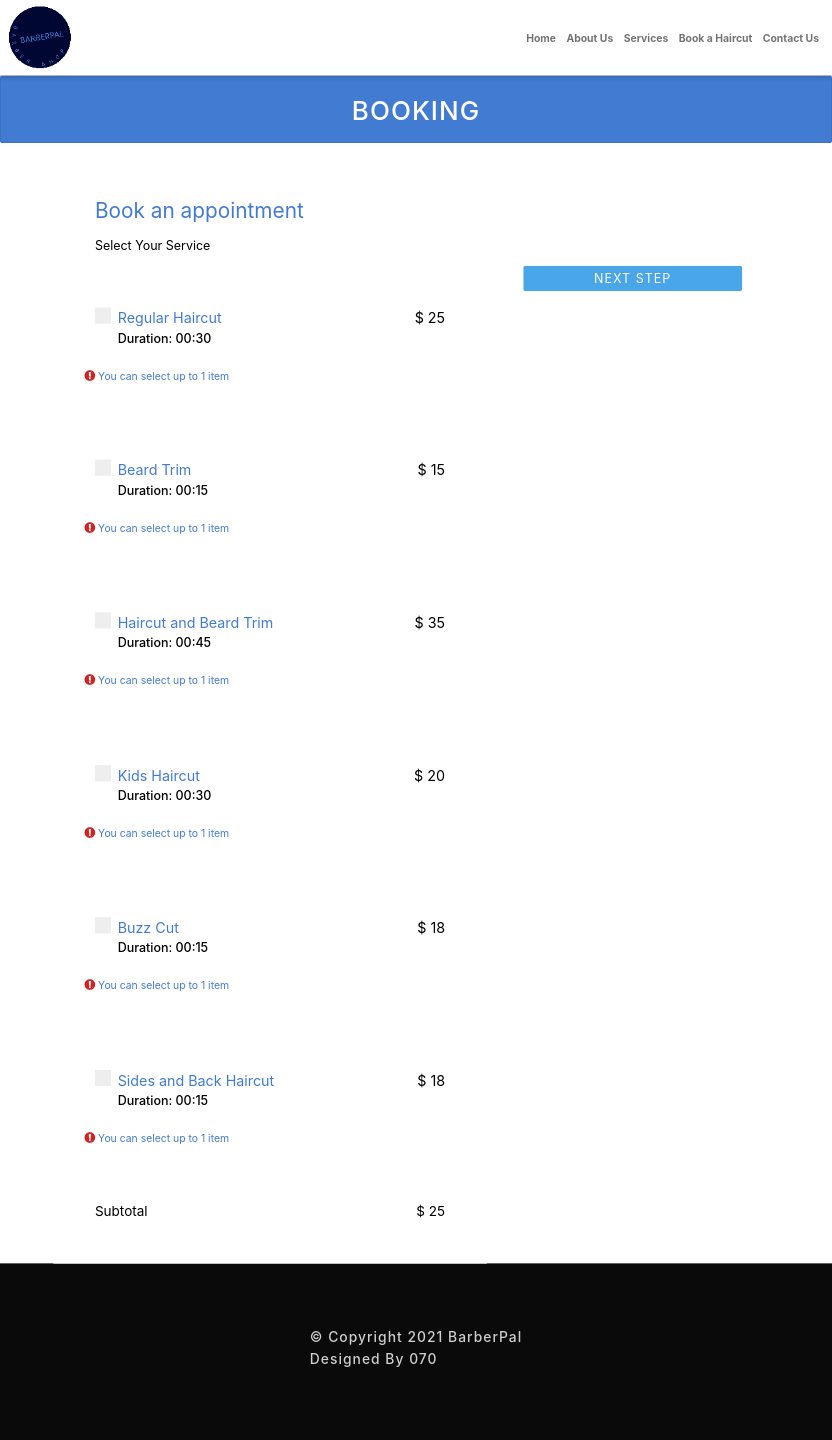
Repository: ofovweewere/haircutPal
Page: /services
These files come from the project's save history. The page is drawn as it stood at one moment and after the next save; the edit follows.
The browser window is 1280 px wide. The pictures show the whole page, at 65% of full size.
The project was rebuilt for these pictures with package versions that can differ from the ones it lists, and the page was loaded fresh each time. Also part of the build but not shown: src/tutorial/0-Practice/bookCut.js, src/tutorial/0-Practice/about.js, src/tutorial/0-Practice/servicesAndProducts.js, src/tutorial/0-Practice/contact.js, src/tutorial/0-Practice/landing.js, src/tutorial/0-Practice/checkboxOptionTwo.js, src/tutorial/0-Practice/error.js.

Above is the page before, as saved 2022-06-25 14:39:48.

### public/index.html
<!DOCTYPE html>
<html lang="en">
  <head>
    <meta charset="utf-8" />
    <link rel="icon" href="%PUBLIC_URL%/favicon.ico" />
    <meta name="viewport" content="width=device-width, initial-scale=1" />
    <meta name="theme-color" content="#000000" />
    <meta
      name="description"
      content="Web site created using create-react-app"
    />
    <link rel="apple-touch-icon" href="%PUBLIC_URL%/logo192.png" />
    <!--
      manifest.json provides metadata used when your web app is installed on a
      user's mobile device or desktop. See https://developers.google.com/web/fundamentals/web-app-manifest/
    -->
    <link rel="manifest" href="%PUBLIC_URL%/manifest.json" />
    <!--
      Notice the use of %PUBLIC_URL% in the tags above.
      It will be replaced with the URL of the `public` folder during the build.
      Only files inside the `public` folder can be referenced from the HTML.

      Unlike "/favicon.ico" or "favicon.ico", "%PUBLIC_URL%/favicon.ico" will
      work correctly both with client-side routing and a non-root public URL.
      Learn how to configure a non-root public URL by running `npm run build`.
    -->
    <title>React App</title>
  </head>
  <body class="Site">
    <noscript>You need to enable JavaScript to run this app.</noscript>
    <div id="root"></div>
    <!--
      This HTML file is a template.
      If you open it directly in the browser, you will see an empty page.

      You can add webfonts, meta tags, or analytics to this file.
      The build step will place the bundled scripts into the <body> tag.

      To begin the development, run `npm start` or `yarn start`.
      To create a production bundle, use `npm run build` or `yarn build`.
    -->
  </body>
</html>

### src/index.js
import React from 'react';
import ReactDOM from 'react-dom';

import App from './App';
// import '../node_modules/jquery/dist/jquery.min.js';
import '../node_modules/bootstrap/dist/css/bootstrap.min.css';
import '../node_modules/bootstrap/dist/js/bootstrap.min.js';
import '../node_modules/font-awesome/css/font-awesome.min.css';

import './index.css';
ReactDOM.render(
  <React.StrictMode>
    <App />
  </React.StrictMode>,
  document.getElementById('root')
);

### src/App.js
import React from 'react';
import Setup from './tutorial/0-Practice/index.js';
// import Setup from './tutorial/2-useEffect/final/3-useEffect-fetch-data.js';
function App() {
  return (
    <div >
      <Setup />
    </div>
  );
  }

export default App;

### src/index.css
/*
===============
Variables
===============
*/

:root {
  /* dark shades of primary color*/
  --clr-primary-1: hsl(205, 86%, 17%);
  --clr-primary-2: hsl(205, 77%, 27%);
  --clr-primary-3: hsl(205, 72%, 37%);
  --clr-primary-4: hsl(205, 63%, 48%);
  /* primary/main color */
  --clr-primary-5: hsl(205, 78%, 60%);
  /* lighter shades of primary color */
  --clr-primary-6: hsl(205, 89%, 70%);
  --clr-primary-7: hsl(205, 90%, 76%);
  --clr-primary-8: hsl(205, 86%, 81%);
  --clr-primary-9: hsl(205, 90%, 88%);
  --clr-primary-10: hsl(205, 100%, 96%);
  /* darkest grey - used for headings */
  --clr-grey-1: hsl(209, 61%, 16%);
  --clr-grey-2: hsl(211, 39%, 23%);
  --clr-grey-3: hsl(209, 34%, 30%);
  --clr-grey-4: hsl(209, 28%, 39%);
  /* grey used for paragraphs */
  --clr-grey-5: hsl(210, 22%, 49%);
  --clr-grey-6: hsl(209, 23%, 60%);
  --clr-grey-7: hsl(211, 27%, 70%);
  --clr-grey-8: hsl(210, 31%, 80%);
  --clr-grey-9: hsl(212, 33%, 89%);
  --clr-grey-10: hsl(210, 36%, 96%);
  --clr-white: #fff;
  --clr-red-dark: hsl(360, 67%, 44%);
  --clr-red-light: hsl(360, 71%, 66%);
  --clr-green-dark: hsl(125, 67%, 44%);
  --clr-green-light: hsl(125, 71%, 66%);
  --clr-black: #222;
  --transition: all 0.3s linear;
  --spacing: 0.1rem;
  --radius: 0.25rem;
  --light-shadow: 0 5px 15px rgba(0, 0, 0, 0.1);
  --dark-shadow: 0 5px 15px rgba(0, 0, 0, 0.4);
  --max-width: 1170px;
  --fixed-width: 450px;
  --clr-orange-1: hsl(12, 83%, 98%);
  --clr-orange-2: hsl(14, 91%, 95%);
  --clr-orange-3: hsl(12, 89%, 89%);
  --clr-orange-4: hsl(13, 87%, 82%);
  --clr-orange-5: hsl(13, 88%, 68%);
  --clr-orange-6: hsl(13, 88%, 55%);
  --clr-orange-7: hsl(13, 74%, 49%);
  --clr-orange-8: hsl(13, 74%, 33%);
  --clr-orange-9: hsl(13, 73%, 25%);
  --clr-orange-10: hsl(13, 73%, 16%);
}
/*
===============
Global Styles
===============
*/

*,
::after,
::before {
  margin: 0;
  padding: 0;
  box-sizing: border-box;
}
body {
  font-family: -apple-system, BlinkMacSystemFont, 'Segoe UI', Roboto, Oxygen,
    Ubuntu, Cantarell, 'Open Sans', 'Helvetica Neue', sans-serif;
  background: var(--clr-grey-10);
  color: var(--clr-grey-1);
  line-height: 1.5;
  font-size: 0.875rem;
}
.Site {
  display: flex;
  min-height: 100vh;
  flex-direction: column;
}
.Site-content {
  flex: 1;
}
.bold
{
  font-weight:bold;
}

.nav-link {
color:#427bd2 ;
font-weight: bold;
}
.breakSection
{
  color:#427bd2 ;
font-weight: normal;
width: 100%;
min-height:6.5rem;
background:#0a0a0a;
}


ul {
  list-style-type: none;
}
a {
  text-decoration: none;
}
h1,
h2,
h3,
h4,
.under,
.titleDescription {
  letter-spacing: var(--spacing);
  text-transform: capitalize;
  line-height: 1.25;
  margin-bottom: 0.75rem;
}
h1 {
  font-size: 3rem;
}
h2,.titleDescription {
  font-size: 2rem;
}

.under
{
  margin-top:2rem;
}
.under, .title, .contact {
  font-size: 1.5rem;
}

 .smallText {
    font-size: 1rem;
  }

  .smallTextTwo {
    font-size: 1.1rem;
  }

h3 {
  font-size: 1.25rem;
},
.h3 {
    font-size: 1.0rem;
  },
h4 {
  font-size: 0.875rem;
}
p {
  margin-bottom: 1.25rem;
  color: var(--clr-grey-5);
}



  /* @media screen and (max-width: 767px) {
    #navbarSupportedContent
        {
            position: fixed !important;
            right: 5rem;
            left: 5rem;
            top:7.3rem;
            background-color: #fff !important;
            border-color: #427bd2 transparent transparent transparent;
            border-style:solid;
        }



  }       */

/* The containers */
.containers {
  display: block;
  position: relative;
  padding-left: 2.188rem;
  margin-bottom: 0.75rem;
  cursor: pointer;
  font-size: 1.375rem;
  -webkit-user-select: none;
  -moz-user-select: none;
  -ms-user-select: none;
  user-select: none;
}

/* Hide the browser's default checkbox */
.containers input {
  position: absolute;
  opacity: 0;
  cursor: pointer;
  height: 0;
  width: 0;
}

/* Create a custom checkbox */
.checkmark {
  position: absolute;
  top: 0;
  left: 0;
  height: 1.563rem;
  width: 1.563rem;
  background-color: #eee;
}

/* On mouse-over, add a grey background color */
.containers:hover input ~ .checkmark {
   /* background-color: #ccc; */
}

/* When the checkbox is checked, add a blue background */
.containers input:checked ~ .checkmark {
   background-color: #2196F3;
}

/* Create the checkmark/indicator (hidden when not checked) */
.checkmark:after {
  content: "";
  position: absolute;
  display: none;
  box-sizing: content-box !important;
}

/* Show the checkmark when checked */
.containers input:checked ~ .checkmark:after {
  display: block;
  box-sizing: content-box !important;
}

/* Style the checkmark/indicator */
.containers .checkmark:after {
  left: 0.563rem;
  top:0.313rem;
  width:0.313rem;
  height: 0.625rem;
  border: solid white;
  border-width: 0 0.188rem 0.188rem 0;
  -webkit-transform: rotate(45deg);
  -ms-transform: rotate(45deg);
  transform: rotate(45deg);
  box-sizing: content-box !important;
}

.hovering div:hover
{
  background:#f3f8fc;
}

.secondItem
{
  color:#427bd2;
  font-size:1rem;
  font-weight:normal;
}

.exclamation
{
  font-size:1.2rem;
  color:#d22221;
}

/**************************/

/* The containersTwo */
.containersTwo {
  display: block;
  position: relative;
  padding-left: 2.188rem;
  margin-bottom: 0.75rem;
  cursor: pointer;
  font-size: 1.375rem;
  -webkit-user-select: none;
  -moz-user-select: none;
  -ms-user-select: none;
  user-select: none;
}

/* Hide the browser's default checkbox */
.containersTwo input {
  position: absolute;
  opacity: 0;
  cursor: pointer;
  height: 0;
  width: 0;
}

/* Create a custom checkbox */
.checkmarks {
  position: absolute;
  top: 0;
  right: 0;
  height: 1.563rem;
  width: 1.563rem;
  background-color: #eee;
}

/* On mouse-over, add a grey background color */
.containersTwo:hover input ~ .checkmarks {
   /* background-color: #ccc; */
}

/* When the checkbox is checked, add a blue background */
.containersTwo input:checked ~ .checkmarks {
   background-color: #2196F3;
}

/* Create the checkmarks/indicator (hidden when not checked) */
.checkmarks:after {
  content: "";
  position: absolute;
  display: none;
  box-sizing: content-box !important;
}

/* Show the checkmarks when checked */
.containersTwo input:checked ~ .checkmarks:after {
  display: block;
  box-sizing: content-box !important;
}

/* Style the checkmarks/indicator */
.containersTwo .checkmarks:after {
  left: 0.563rem;
  top:0.313rem;
  width:0.313rem;
  height: 0.625rem;
  border: solid white;
  border-width: 0 0.188rem 0.188rem 0;
  -webkit-transform: rotate(45deg);
  -ms-transform: rotate(45deg);
  transform: rotate(45deg);
  box-sizing: content-box !important;
}/* The containersTwo */
.containersTwo {
  display: block;
  position: relative;
  padding-left: 2.188rem;
  margin-bottom: 0.75rem;
  cursor: pointer;
  font-size: 1.375rem;
  -webkit-user-select: none;
  -moz-user-select: none;
  -ms-user-select: none;
  user-select: none;
}

/* Hide the browser's default checkbox */
.containersTwo input {
  position: absolute;
  opacity: 0;
  cursor: pointer;
  height: 0;
  width: 0;
}

/* Create a custom checkbox */
.checkmarks {
  position: absolute;
  top: 0;
  right: 0;
  height: 1.563rem;
  width: 1.563rem;
  background-color: #eee;
}

/* On mouse-over, add a grey background color */
.containersTwo:hover input ~ .checkmarks {
   /* background-color: #ccc; */
}

/* When the checkbox is checked, add a blue background */
.containersTwo input:checked ~ .checkmarks {
   background-color: #2196F3;
}

/* Create the checkmarks/indicator (hidden when not checked) */
.checkmarks:after {
  content: "";
  position: absolute;
  display: none;
  box-sizing: content-box !important;
}

/* Show the checkmarks when checked */
.containersTwo input:checked ~ .checkmarks:after {
  display: block;
  box-sizing: content-box !important;
}

/* Style the checkmarks/indicator */
.containersTwo .checkmarks:after {
  left: 0.563rem;
  top:0.313rem;
  width:0.313rem;
  height: 0.625rem;
  border: solid white;
  border-width: 0 0.188rem 0.188rem 0;
  -webkit-transform: rotate(45deg);
  -ms-transform: rotate(45deg);
  transform: rotate(45deg);
  box-sizing: content-box !important;
}
@media screen and (min-width: 800px) {
  .about{
    display:flex;
  }
  .haircuts, .haircutsCombo
{
  display:grid;
}
  h1 {
    font-size: 4rem;
  }
  h2,.titleDescription {
    font-size: 2.5rem;
  }

   .under,.title, .contact {
    font-size: 2rem;
  }

   .smallText {
    font-size: 1.2rem;
  }

   .smallTextTwo {
    font-size: 1.3rem;
  }

  h3 {
    font-size: 1.33rem;
  },
  .h3 {
    font-size: 1.0rem;
  },
  h4 {
    font-size: 1rem;
  }
  body {
    font-size: 1rem;
  }
  h1,
  h2,
  h3,
  h4,
  .under,.title, .titleDescription{
    line-height: 1;
  }
}
/*  global classes */

/* section */
.section,
/* .container {
  width: 90vw;
  margin: 0 auto;
  max-width: var(--max-width);
} */

@media screen and (min-width: 992px) {
  .about{
    display:flex;
  }
  .haircuts,.haircutsCombo
{
  display:grid;
}
  .section {
    width: 95vw;
  }
}

/* .container {
  text-align: center;
  margin-top: 0;
} */
.btn {
  display: inline-block;
  background: var(--clr-primary-5);
  color: var(--clr-white);
  padding: 0.25rem 0.75rem;
  border-radius: var(--radius);
  border-color: transparent;
  text-transform: capitalize;
  font-size: 1rem;
  letter-spacing: var(--spacing);
  margin-top: 2rem;
  margin-left: 0.5rem;
  margin-right: 0.5rem;
  cursor: pointer;
  transition: var(--transition);
}
.btn:hover {
  background: var(--clr-primary-1);
  color: var(--clr-primary-5);
}
.item {
  background: var(--clr-white);
  display: flex;
  justify-content: space-between;
  max-width: var(--fixed-width);
  margin: 2rem auto;
  align-items: center;
  border-radius: var(--radius);
}
.item button,
.item a {
  background: transparent;
  border-color: transparent;
  color: var(--clr-primary-5);
  letter-spacing: var(--spacing);
  cursor: pointer;
}
.item {
  padding: 1rem 2rem;
}
.item h4 {
  margin-bottom: 0;
}
.item p {
  margin-bottom: 0;
}
.modal {
  position: absolute;
  top: 2rem;
  left: 50%;
  transform: translateX(-50%);
  background: var(--clr-white);
  display: inline-block;
  padding: 0.25rem 1rem;
  border-radius: var(--radius);
  text-transform: capitalize;
}

.modal p {
  margin-bottom: 0;
  color: var(--clr-red-dark);
}
.form {
  background: var(--clr-white);
  max-width: var(--fixed-width);
  margin: 0 auto;
  margin-bottom: 4rem;
  padding: 1rem 2rem;
  border-radius: var(--radius);
}
.form input {
  background: var(--clr-grey-10);
  border-color: transparent;
  border-radius: var(--radius);
  padding: 0.25rem 0.5rem;
}
.form-control {
  margin: 0.5rem 0;
  display: grid;
  grid-template-columns: 100px 1fr;
  align-items: center;
}
.form button {
  display: inline-block;
  background: var(--clr-black);
  color: var(--clr-white);
  border-color: transparent;
  margin-top: 1rem;
  letter-spacing: var(--spacing);
  padding: 0.15rem 0.25rem;
  text-transform: capitalize;
  border-radius: var(--radius);
  cursor: pointer;
}
.nav-links {
  max-width: var(--fixed-width);
  margin: 0 auto;
  margin-bottom: 4rem;
  display: grid;
  grid-template-columns: repeat(3, 1fr);
}




.haircutsCombo {



  grid-template-columns: repeat(2, minmax(0, 1fr));
   gap: 2rem;
  margin: 1rem 1rem 1rem 2rem;
}

.haircutsCombo > p {
  border: 5px solid #427bd2;
  overflow-wrap: break-word;
}

.haircuts {



  grid-template-columns: repeat(3, minmax(0, 1fr));
   gap: 2rem;
  margin: 1rem 1rem 1rem 2rem;
}

.haircuts > p {
  border: 5px solid #427bd2;
  overflow-wrap: break-word;
}

.title
{
  font-weight: normal;
  color: #fff;
  background:#427bd2;
  padding: 1rem;
  text-align: center;
}

.contact > div
{
  font-weight: normal;


  padding: 2rem;

}


td
{
  vertical-align:top;

}
.table
{
  color: white;
}
table {
  border-collapse: separate;
  border-spacing: 1rem 1rem ;
}
.titleDescription
{
  display: flex;
  align-items: center;
  justify-content: center;
  color:#333;
  padding:2rem;
font-weight: bold;


}

.nav-links a {
  color: var(--clr-grey-5);
}
.users {
  display: grid;
  grid-template-columns: repeat(auto-fit, minmax(300px, 1fr));
  gap: 2rem;
  margin: 3rem auto;
}
.users li {
  width: 100%;
  display: flex;
  align-items: center;
  background: var(--clr-white);
  padding: 1rem 2rem;
  border-radius: var(--radius);
  text-align: left;
}
.users img {
  width: 50px;
  height: 50px;
  border-radius: 50%;
  margin-right: 1rem;
}
.users h4 {
  margin-bottom: 0.15rem;
}
.users a {
  color: var(--clr-grey-5);
  text-transform: capitalize;
}

.products {
  margin: 4rem 0;
  display: grid;
  gap: 2rem;
}
@media screen and (min-width: 576px) {
  .products {
    grid-template-columns: repeat(auto-fit, minmax(300px, 1fr));
  }
}
.product {
  background: var(--clr-white);
  border-radius: var(--radius);
}
.product img {
  border-top-left-radius: var(--radius);
  border-top-right-radius: var(--radius);

  width: 100%;
  height: 15rem;
  object-fit: cover;
}
.product h4 {
  margin-top: 1rem;
}

.product button {
  margin-bottom: 1rem;
  background: var(--clr-primary-5);
  border-radius: var(--radius);
  border-color: transparent;
  color: var(--clr-white);
  padding: 0.25rem 0.5rem;
  text-transform: capitalize;
  cursor: pointer;
}

### src/tutorial/0-Practice/footer.js
import React, { useState, useEffect } from 'react';
import companyLogo from '../../assets/logo.png';

const Footer = () => {

  return (
    <>
      <nav  style={{ backgroundColor: '#0a0a0a', display: 'flex',minHeight: '17rem',justifyContent: 'center', alignItems:'end' }}>
        <div class="container-fluid" style={{ color: '#cecece', alignSelf:'center', width:'auto'  }}>
          <h3 >&copy; Copyright 2021 BarberPal </h3>

          <div>
            <h3  > Designed by 070</h3>
          </div>
        </div>
      </nav>
    </>
  );
};

export default Footer;

### src/tutorial/0-Practice/breakSection.js
import React, { useState, useEffect } from 'react';

const BreakSection = ({ title, ID, background, color }) => {
  const [elementClass, setClass] = useState(
    window.innerWidth < 992
      ? '0px'
      : '100px'
  );
  const checkSize = () => {
    if (window.innerWidth < 992) {
      setClass('0px');
    } else {
      setClass('100px');
    }
  };
  useEffect(() => {

    window.addEventListener('resize', checkSize);
    return () => {
      window.removeEventListener('resize', checkSize);
    };
  }, []);
  return (
    <>
      <div className="card breakSection" id={ID} style={{ scrollMarginTop: elementClass, background:background, color:color }}>
        <div
          class="card-body"
          style={{ display: 'flex', alignItems: 'end', justifyContent: 'center' }}
        >
          <h2>{title}</h2>
        </div>
      </div>
    </>
  );
};

export default BreakSection;

### src/tutorial/0-Practice/checkboxOption.js
import React, { useState, useContext}  from 'react';
import {BookingsContext} from './index.js';
const CheckboxOption = ({title, description, cost, idd}) => {
  let {bookings,checked, itemSelection} = useContext(BookingsContext);
  let [displayVal, setDisplayVal] = useState('hidden');
  return (
    <>
      <div
        className="card hovering"
        style={{
          color: 'var(--clr-white)',
          width: '100%',
          minHeight: '10rem',
          background: 'var(--clr-primary-5)',
          border: 'transparent',
        }}
      >
        <div
          class="card-body contact "
          style={{
            display: 'flex',
            alignItems: 'left',
            justifyContent: 'left',
            flexGrow: '1',
            flexDirection: 'column',
            background: '#fff',
            paddingTop: '0',
            paddingBottom: '0',
          }}
        >
          <div className="whiteParagraph">
            <table className="whiteParagraphTab" style={{ width: '100%' }}>
              <thead>
                <tr>
                  <th></th>
                </tr>
              </thead>
              <tbody>
                <tr style={{ color: '#427bd2', fontWeight: 'normal' }}>
                  <td>
                    <label class="containers">
                      <table style={{ borderCollapse: 'collapse', width: '100%' }}>
                        <thead>
                          <tr>
                            <th></th>
                          </tr>
                        </thead>
                        <tbody>
                          <tr>
                            <td>
                              <span style={{ display: 'flex' }}>
                                <span style={{ flexGrow: '1' }}>{title}</span>
                                <span style={{ color: 'black' }}>$ {cost}</span>
                              </span>
                            </td>
                          </tr>
                          <tr class="smallText" style={{ color: 'black', fontWeight: '500' }}>
                            <td>Duration: {description}</td>
                          </tr>

                        </tbody>
                      </table>
                      <input
                        type="checkbox"
                        onChange={() => itemSelection(idd)}
                        disabled={bookings[idd]}
                        checked={checked[idd]}
                      />
                      <span class="checkmark"></span>
                    </label>
                  </td>
                </tr>

                {/* <tr class="smallText" style={{ color: 'black', fontWeight: 'normal' }}>
                  <td>Duration: {description}</td>
                </tr> */}
              </tbody>
            </table>
            <p className='secondItem' visibility={displayVal}><span className='exclamation'><i class="fa fa-exclamation-circle" aria-hidden="true"></i></span> You can select up to 1 item</p>
          </div>
          {/* <div style={{color:'#427bd2',fontWeight:'normal'}} >
             <label class="containers">
                {title}
            <input type="checkbox" />
            <span class="checkmark"></span>
            </label>
            </div>
            <div class='smallText'style={{color:'black', fontWeight:'normal'}}>
                Duration: {description}
            </div> */}

        </div>
      </div>
    </>
  );
};

export default CheckboxOption;

### src/tutorial/0-Practice/footing.js
import React from 'react';

const Footing = ({title, description}) => {


  return (
    <>
      <div
        className="card"
        style={{
          color: 'var(--clr-white)',
          width: '100%',

          background: 'var(--clr-primary-5)',
          border: 'transparent',
        }}
      >
        <div
          class="card-body contact "
          style={{
            display: 'flex',
            alignItems: 'left',
            justifyContent: 'left',
            flexGrow: '1',
            flexDirection: 'column',
            background: '#fff',
            paddingTop: '0',
          }}
        >
          <div className="whiteParagraph" style={{ paddingTop: '0', marginBottom:'0' }}>
            <table className="whiteParagraphTab" style={{ width: '100%' }}>
              <thead>
                <tr>
                  <th></th>
                </tr>
              </thead>
              <tbody>
                <tr class="smallTextTwo" style={{ color: 'black', fontWeight: 'normal' }}>
                  <td>
                    <span style={{ display: 'flex' }}>
                      <span style={{ flexGrow: '1' }}>{title}</span>
                      <span style={{ color: 'black' }}>$ {description}</span>
                    </span>
                  </td>
                </tr>
              </tbody>
            </table>
          </div>
        </div>
      </div>
    </>
  );
};

export default Footing;

Loaded but not shown: src/tutorial/0-Practice/booking.js (111 lines, source omitted); src/tutorial/0-Practice/header.js (115 lines, source omitted); src/tutorial/0-Practice/dummyHeader.js (113 lines, source omitted); src/tutorial/0-Practice/index.js (66 lines, source omitted); src/tutorial/0-Practice/blueButton.js (54 lines, source omitted); src/tutorial/0-Practice/heading.js (62 lines, source omitted)

After the next save:
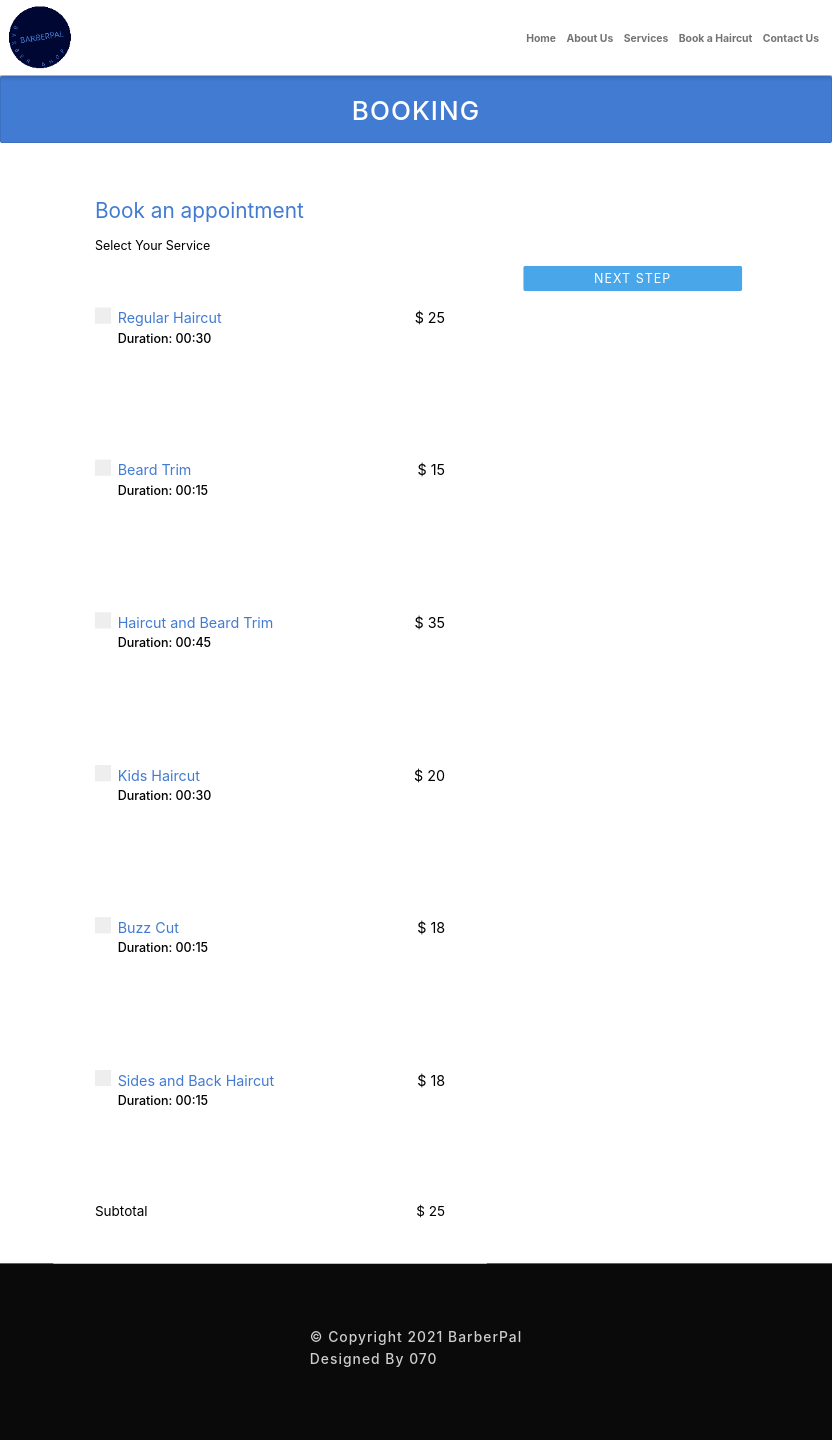
Saved 73 s later.
--- a/src/tutorial/0-Practice/checkboxOption.js
+++ b/src/tutorial/0-Practice/checkboxOption.js
@@ -76,7 +76,7 @@ const CheckboxOption = ({title, description, cost, idd}) => {
                 </tr> */}
               </tbody>
             </table>
-            <p className='secondItem' visibility={displayVal}><span className='exclamation'><i class="fa fa-exclamation-circle" aria-hidden="true"></i></span> You can select up to 1 item</p>
+            <p className='secondItem' style={{visibility:displayVal}}><span className='exclamation'><i class="fa fa-exclamation-circle" aria-hidden="true"></i></span> You can select up to 1 item</p>
           </div>
           {/* <div style={{color:'#427bd2',fontWeight:'normal'}} >
              <label class="containers">
